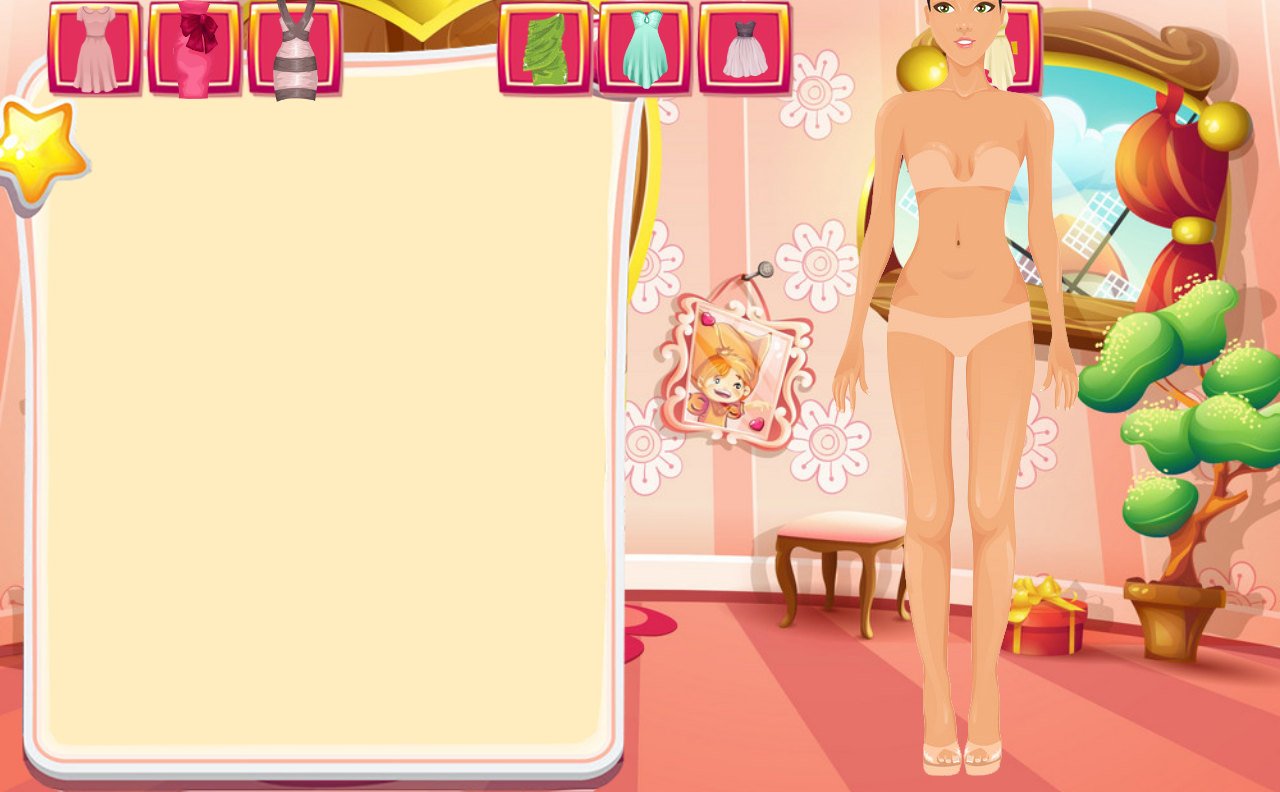
Repository: bunbubam/GameThayDoReactjs_NguyenKhacNghia
Page: /
The author's editor kept a copy of each file at every save. The page is drawn from the files as they stood at one save, then again after the next save.
The browser window is 1280 px wide. The pictures show the whole page.
The project was rebuilt for these pictures with package versions that can differ from the ones it lists, and the page was loaded fresh each time.

Above is the page before, as saved 2022-03-30 16:08:35.

After the next save:
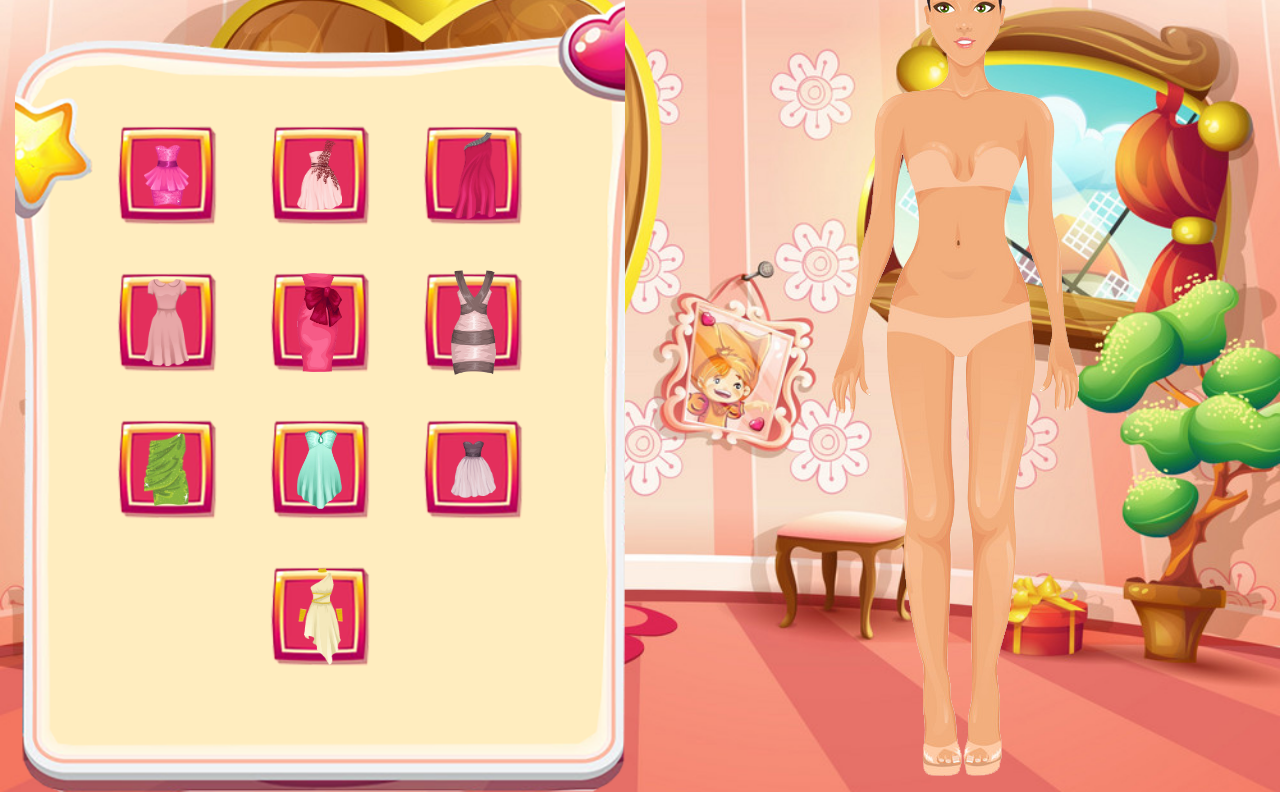
Saved 55 s later.
--- a/src/gamethaydo/dress.js
+++ b/src/gamethaydo/dress.js
@@ -30,7 +30,7 @@ changeClothing = (imgs) => {
                 <div className='dress-main'>
                     <div className='row'>
                         <div className='col-12 col-xl-6 block-left d-flex flex-direction-row justify-content-center'>
-                            <div className='clothing-box d-flex flex-direction-column justify-content-center'>
+                            <div className='clothing-box d-flex flex-column justify-content-center'>
                                 <div className='clothing-flex d-flex flex-direction-row justify-content-around lign-items-baseline mb-5'>
                                     <div className='clothing-item d-flex flex-direction-row justify-content-center align-items-center'>
                                         <img onClick={()=>this.changeClothing(Clothing1)} src={require('./images/trangphuc1.png')} className='img-fluid'/>
